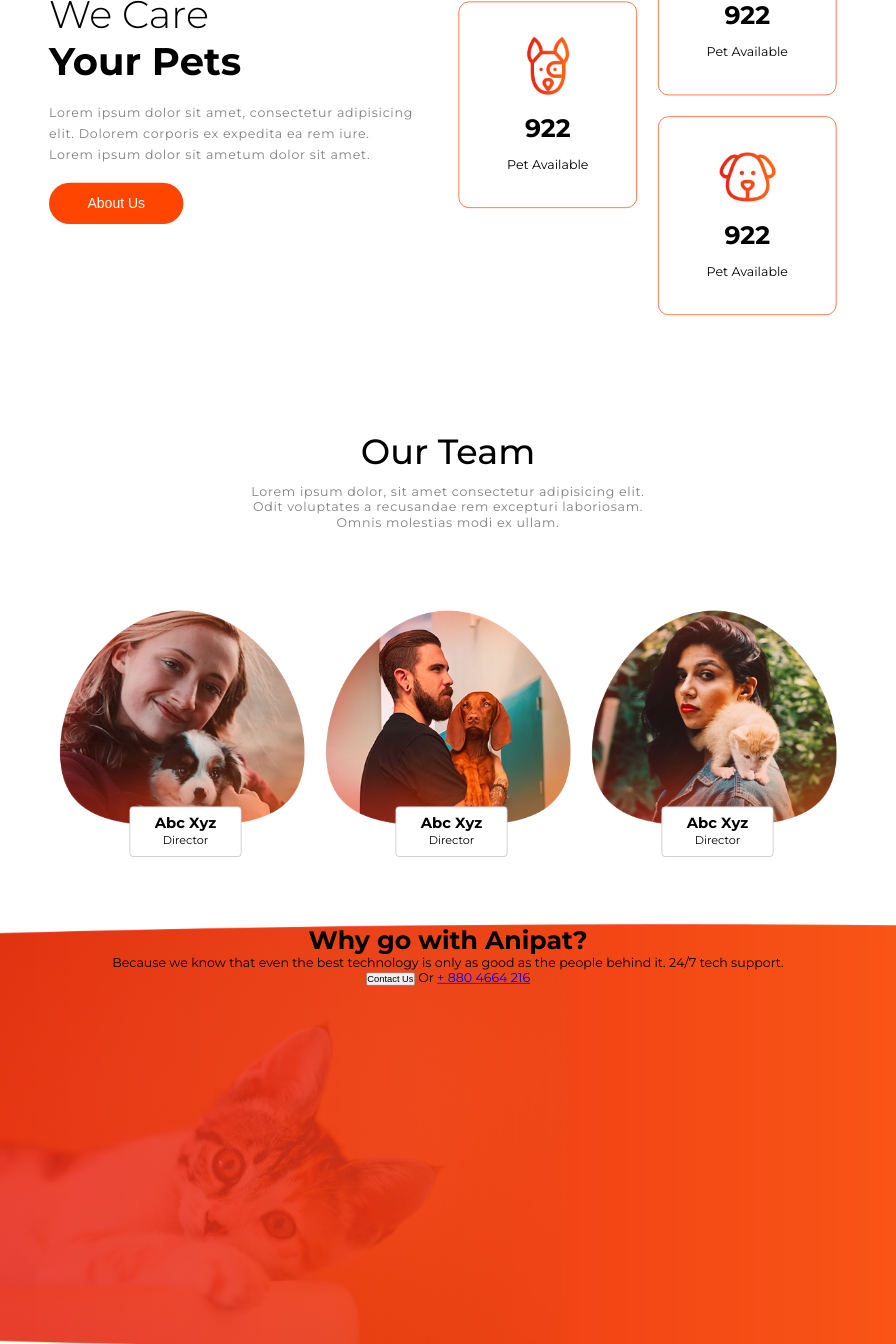
Repository: giahuy405/Day_2_Anipat
Page: index.html
An editor plug-in stored every save of this project. The page is shown before and after the next save, followed by the edit.
The browser window is 1280 px wide. The pictures show the part of the page from y = 2503 to 4423 px (the page is 4423 px tall), at 70% of full size.

Above is the page before, as saved 2022-09-09 00:12:39.

### index.html
<!DOCTYPE html>
<html lang="en">
<head>
    <meta charset="UTF-8">
    <meta http-equiv="X-UA-Compatible" content="IE=edge">
    <meta name="viewport" content="width=device-width, initial-scale=1.0">
    <title>Anipat</title>
    <link rel="stylesheet" href="https://cdnjs.cloudflare.com/ajax/libs/font-awesome/6.2.0/css/all.min.css">
    <link href="https://fonts.googleapis.com/css2?family=Montserrat:wght@300;400;500;700&display=swap" rel="stylesheet">
    <link rel="stylesheet" href="./css/index.css">
</head>
<body>
    <header>
        <div class="header-top">
            <div class="container">
                <div class="header__contact">
                    <a href="#">+880 4664 216 </a>
                    <span>Mon - Sat 10:00 - 7:00</span>
                </div>
                <div class="header__social">
                    <ul>
                        <li><a href="#"><i class="fa-brands fa-facebook-f"></i></a></li>
                        <li><a href="#"><i class="fa-brands fa-pinterest-p"></i></a></li>
                        <li><a href="#"><i class="fa-brands fa-google-plus-g"></i></a></li>
                        <li><a href="#"><i class="fa-brands fa-linkedin-in"></i></a></li>
                    </ul>
                </div>
                <div class="clear"></div>
            </div>
        </div>
        <div class="header-bottom container">
            <img src="./img/logo.png" alt="Logo">
            <ul>
                <li><a href="#">Home</a></li>
                <li><a href="#">About</a></li>
                <li><a href="#">Blog</a></li>
                <li><a href="#">Pages</a></li>
                <li><a href="#">Services</a></li>
                <li><a href="#">Contact</a></li>
            </ul>
            <div class="clear"></div>
        </div>

    </header>
    <div class="carousel">
        <div class="container">
            <div class="carousel__content">
                <h1>We Care</h1>
                <h2>Your Pets</h2>
                <p>Lorem ipsum dolor sit amet, consectetur adipisicing elit. Dolorem corporis ex expedita ea rem iure.</p>
                <button>Contact Us</button>
            </div>
            <div class="carousel__dog">
                <img src="./img/dog.png" alt="Dog">
            </div>
            <div class="clear"></div>
        </div>
    </div>
    <div class="service">
        <div class="service-top">
            <h1>Services for every dog</h1>
            <p>Lorem ipsum dolor sit amet, consectetur adipiscing elit, sed do eiusmod tempor incididunt ut labore et dolore magna</p>
        </div>
        <div class="service-bottom container">
            <div class="service-card">
                <div class="service__item">
                    <div class="service__background">
                        <img src="./img/service_icon_1.png" alt="">
                    </div>
                    <h2>Pet Boarding</h2>
                    <p>Lorem, ipsum dolor sit amet consectetur adipisicing elit. Quasi asperiores</p>
                </div>
            </div>
            <div class="service-card">
                <div class="service__item">
                    <div class="service__background">
                        <img src="./img/service_icon_2.png" alt="">
                    </div>
                    <h2>Pet Boarding</h2>
                    <p>Lorem, ipsum dolor sit amet consectetur adipisicing elit. Quasi asperiores</p>
                </div>
            </div>
            <div class="service-card">
                <div class="service__item">
                    <div class="service__background">
                        <img src="./img/service_icon_3.png" alt="">
                    </div>
                    <h2>Pet Boarding</h2>
                    <p>Lorem, ipsum dolor sit amet consectetur adipisicing elit. Quasi asperiores</p>
                </div>
            </div>
            <div class="clear"></div>
        </div>
    </div>
    <div class="netcare container">
        <div class="netcare__cat">
            <img src="./img/pet_care.png" alt="pet care">
        </div>
        <div class="netcare__content">
                <h1>We Care</h1>
                <h2>Your Pets</h2>
                <p>Lorem ipsum dolor sit amet, consectetur adipisicing elit. Dolorem corporis ex expedita ea rem iure. Lorem ipsum dolor, sit amet consectetur adipisicing elit. In, sint.</p>
                <button>Contact Us</button>
        </div>
        <div class="clear"></div>
    </div>
    <div class="care">
        <div class="container">
            <div class="care__content">
                <h1>We Care</h1>
                <h2>Your Pets</h2>
                <p>Lorem ipsum dolor sit amet, consectetur adipisicing elit. Dolorem corporis ex expedita ea rem iure. Lorem ipsum dolor sit ametum dolor sit amet.</p>
                <button>About Us</button>
            </div>
            <div class="care__items">
                <div class="care__item">
                    <div class="care__card care__card--left">
                        <div class="care__desc">
                            <img src="./img/1.png" alt="">
                            <h1>922</h1>
                            <p>Pet Available</p>
                        </div>
                    </div>
                </div>
                <div class="care__item">
                    <div class="care__card">
                        <div class="care__desc">
                            <img src="./img/2.png" alt="">
                            <h1>922</h1>
                            <p>Pet Available</p>
                        </div>
                    </div>
                    <div class="care__card">
                        <div class="care__desc">
                            <img src="./img/3.png" alt="">
                            <h1>922</h1>
                            <p>Pet Available</p>
                        </div>
                    </div>
                </div>
                <div class="clear"></div>
            </div>
            <div class="clear"></div>
        </div>
    </div>
    <div class="team container">
        <div class="team-top">
            <h1>Our Team</h1>
            <p>Lorem ipsum dolor, sit amet consectetur adipisicing elit. Odit voluptates a recusandae rem excepturi laboriosam. Omnis molestias modi ex ullam.</p>
        </div>
        <div class="team-bottom">
            <div class="team__card">
                <img src="./img/team1.png" alt="">
                <div class="team__box">
                    <div class="team__content">
                        <h3>Abc Xyz</h3>
                        <p>Director</p>
                    </div>
                </div>
            </div>
            <div class="team__card">
                <img src="./img/team2.png" alt="">
                <div class="team__box">
                    <div class="team__content">
                        <h3>Abc Xyz</h3>
                        <p>Director</p>
                    </div>
                </div>
            </div>
            <div class="team__card">
                <img src="./img/team3.png" alt="">
                <div class="team__box">
                    <div class="team__content">
                        <h3>Abc Xyz</h3>
                        <p>Director</p>
                    </div>
                </div>
            </div>
            <div class="clear"></div>
        </div>
    </div>
    <div class="banner">
        <div class="banner-top">
            <h1>Why go with Anipat?</h1>
            <p>Because we know that even the best technology is only as good as the people behind it. 24/7 tech support.</p>
        </div>
        <div class="banner-bottom">
            <button>Contact Us</button>
            <span>Or</span>
            <a href="#"> + 880 4664 216</a>
        </div>
    </div>
</body>
</html>

### css/index.css
*{
    padding: 0;
    margin: 0;
    box-sizing: border-box;
}
.clear{
    clear: both;
}
html{
    font-size: 18px;
    font-family: 'Montserrat', sans-serif;
}
.container{
    width: 1140px;
    margin: 0 auto;
}
.header__contact{
    float: left;
}
.header__social{
    float: right;
}
.header-top{
    background-color: black;
    padding: 15px;
}
.header__contact a{
     color: white;
     text-decoration: none;
     transition: all 0.2s;
}
.header__contact a:hover{
    color: red;
}
.header__contact span{
    color: white;
    margin-left: 35px;
}
.header__social ul,.header-bottom ul{
    list-style: none;
}
.header__social li,.header-bottom li{
    display: inline;
    margin-left: 35px;
}
.header__social i{
    color: white;
    transition: all 0.2s;
}
.header__social i:hover{
    color: red;
}
.header-bottom ul{
    float: right;
}
.header-bottom a{
    text-decoration: none;
    font-weight: bold;
    color: black;
    transition: all 0.2;
    line-height: 40px;
}
.header-bottom a:hover{
    color: red;
}
.header-bottom{
    padding: 20px 0;
}
.carousel{
    background-image: url(../img/banner.png);
    background-position: center bottom;
    background-repeat: no-repeat;
    background-size: 100%;
    height: 600px;
    position: relative;
    margin-bottom: 150px;
}
.carousel__content{
    float: left;
    width: 33%;
    padding-top: 100px;
}
.carousel__dog{
    float: left;
    width: 67%;
    position: absolute;
    top: -10px;
    left: 315px;
    padding: 30px;
}
.carousel__content h1{
    color: white;
    font-size: 70px;
    font-weight: 300;
}
.carousel__content h2{
    color: white;
    font-size: 70px;
    font-weight: 700;
}
.carousel__content p{
    color: white;
    line-height: 30px;
    letter-spacing: 1px;
    margin: 20px 0;
}
.carousel__content button{
    padding: 19px 50px;
    border-radius: 30px;
    border: none;
    font-size: 18px;
    background-color: white;
    color: orangered;
    cursor: pointer;
}
.carousel__content button:hover{
    background-color: orangered;
    color: white;
}
.carousel__dog img{
    width: 100%;

}
.service{
    text-align: center;
    margin-bottom: 100px;
}
.service-top h1{
    font-weight: 500;
    font-size: 50px;
    margin-bottom: 15px;
}
.service-top p{
    padding: 0 300px;
    color: grey;
}
.service-top{
    margin-bottom: 150px;
}
.service-card{
    float: left;
    width: 33.3333%;
}
.service__background{
    background-image: url(../img/service_icon_bg_1.png);
    width: 161px;
    height: 143px;
    background-position: center;
    margin: 0 auto;
}
.service__item{
    border: 1px solid orangered;
    border-radius: 15px;
    padding: 60px 40px;
}
.service-card{
    padding: 20px;
}
.service__item img{
    padding-top: 35px;
}
.service__item h2{
    margin: 30px 0;
}
.service__item p{
    color: grey;
    line-height: 30px;
}
.netcare__cat{
    float: left;
    width: 40%;
}
.netcare__content{
    float: left;
    width: 60%;
    padding-right: 100px;
    padding-top: 75px;
    padding-left: 60px;
}
.netcare__cat img{
    width: 100%;
}
.netcare__content h1,.care__content h1{
    color: black;
    font-size: 55px;
    font-weight: 300;
}
.netcare__content h2,.care__content h2{
    color: black;
    font-size: 55px;
    font-weight: 700;
}
.netcare__content p,.care__content p{
    color: grey;
    line-height: 30px;
    letter-spacing: 1px;
    margin: 25px 0;
}
.netcare__content button,.care__content button{
    padding: 18px 55px;
    border-radius: 30px;
    border: none;
    background-color: orangered;
    color: white;
    font-size: 20px;
    cursor: pointer;
    transition: all 0.2s;
}
.netcare__content button:hover,.care__content  button:hover{
    background-color: white;
    border: 1px solid orangered;
    color: orangered;
}
.care__content,.care__items,.care__item{
    float: left;
    width: 50%;
}
.care__content{
    padding-right: 50px;
    padding-top: 150px;
}
.care__desc{
    border: 1px solid orangered;
    border-radius: 15px;
   padding: 50px 20px;
}
.care__card{
    text-align: center;
    margin-bottom: 30px;
}
.care__item{
     padding: 15px;
}
.care__card--left{
    margin-top: 150px;
}
.care__item h1{
    margin: 20px 0;
}
.team{
    text-align: center;
    margin-top: 120px;
    margin-bottom: 120px;
}
.team-top h1{
    font-weight: 500;
    font-size: 50px;
}
.team-top p{
    padding: 0 250px;
    letter-spacing: 1px;
    color: grey;
    margin: 15px;
}
.team__card{
    float: left;
    width: 33.333%;
    padding: 15px;
    position: relative;
}
.team-bottom{
    margin-top: 100px;
}
.team__card img{
    width: 100%;
}
.team__content{
    border: 1px solid rgb(190, 190, 190);
    border-radius: 5px;
    padding: 10px 35px;
    background-color:white;
}
.team__box{
    position: absolute;
    top: 295px;
    left: 115px;
}
.team__content p{
    font-size: 16px;
    line-height: 25px;
}
.banner{
    text-align: center;
    background-image: url(../img/contact_bg.png);
    height: 600px;
}

After the next save:
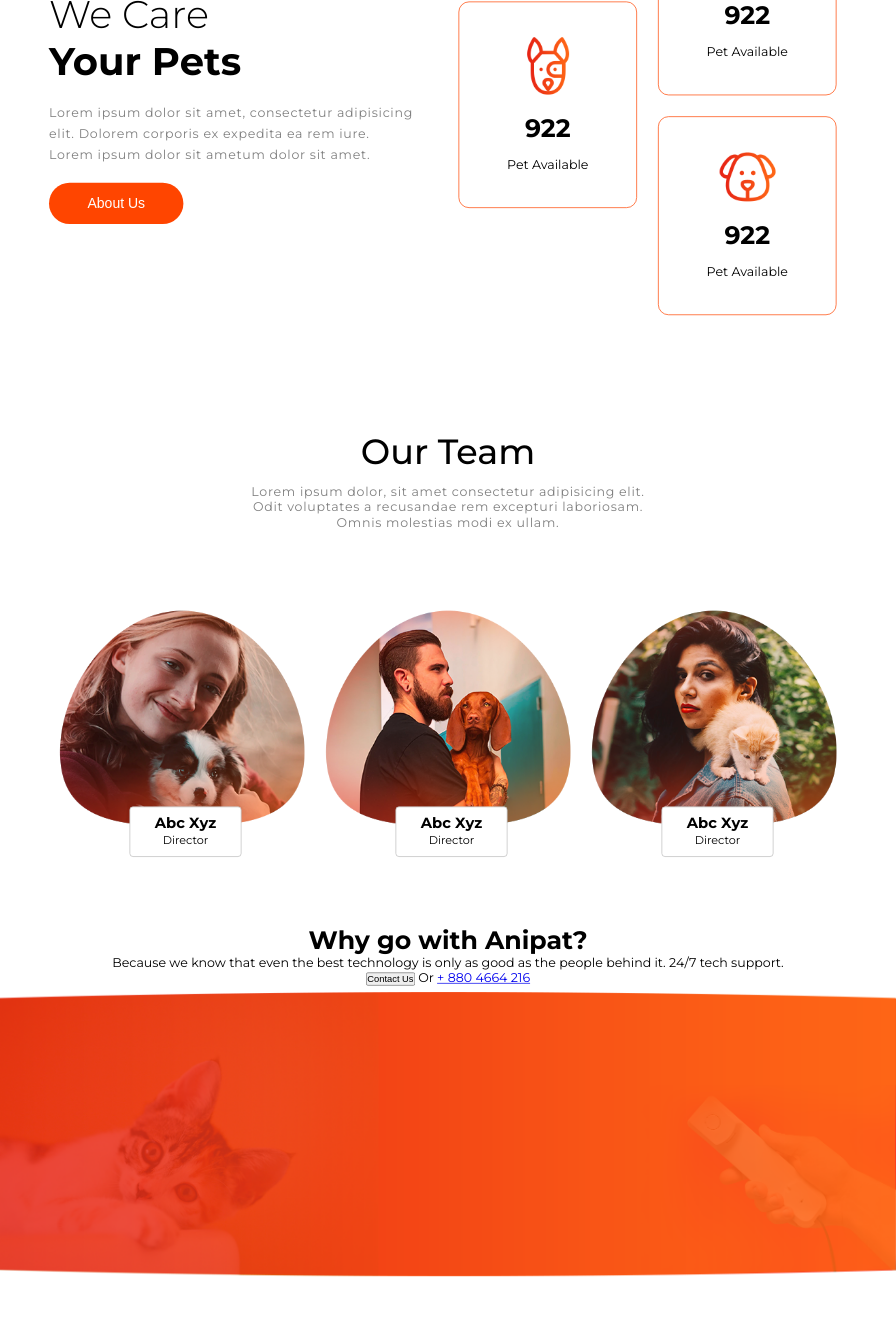
Saved 14 s later.
--- a/css/index.css
+++ b/css/index.css
@@ -283,4 +283,7 @@ html{
     text-align: center;
     background-image: url(../img/contact_bg.png);
     height: 600px;
-}
+    background-position: center;
+    background-repeat: no-repeat;
+    background-size: 100%;
+}
